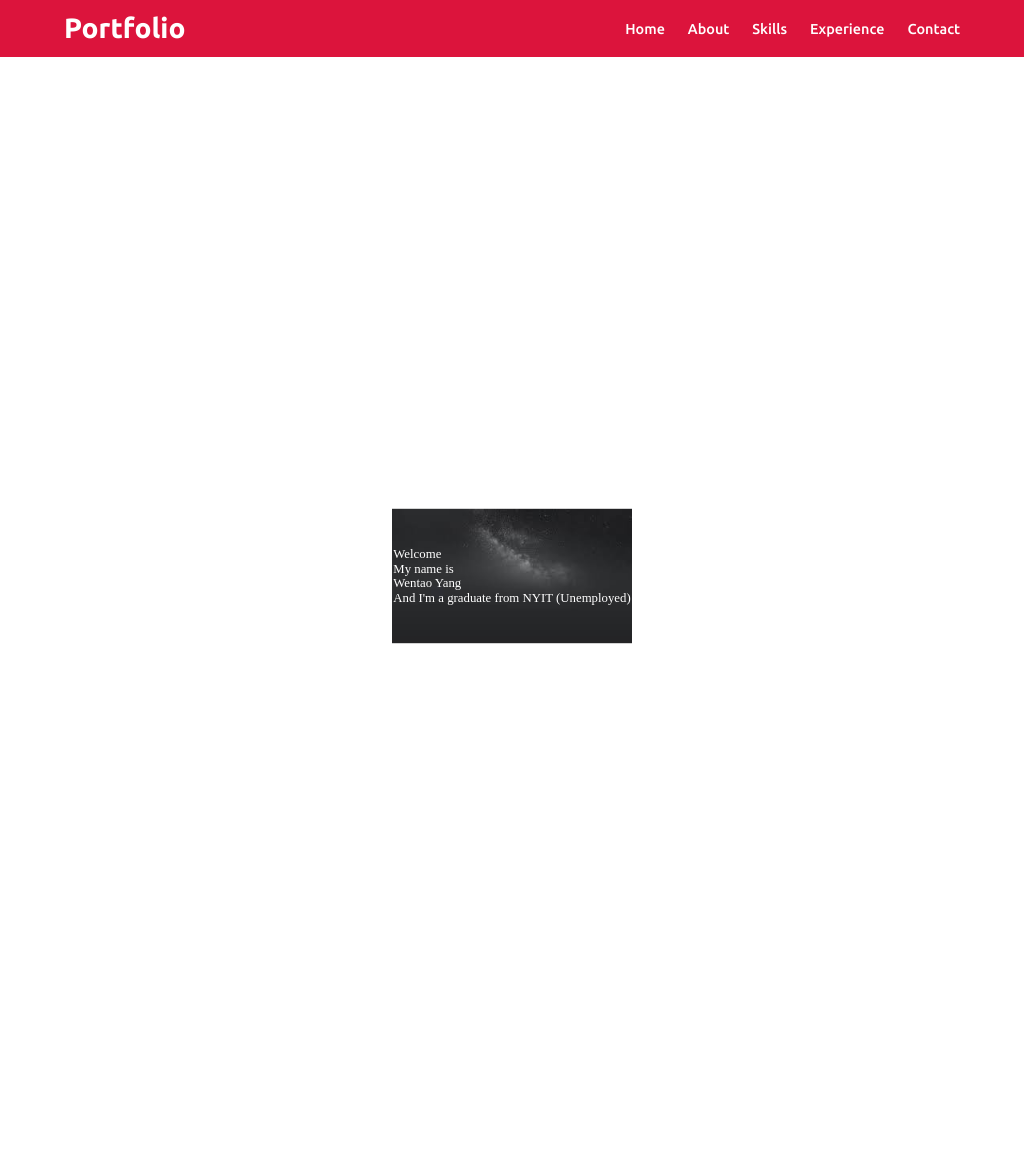
Repository: wyang08/wyang08.github.io
Page: index.html
The author's editor kept a copy of each file at every save. The page is drawn from the files as they stood at one save, then again after the next save.
The browser window is 1280 px wide. The pictures show the whole page, at 80% of full size.

Above is the page before, as saved 2021-07-02 14:54:37.

### index.html
<!DOCTYPE html>
<html lang="en">
<head>
    <meta charset="UTF-8">
    <meta name="viewport" content="width=divice-width, initial-scale=1.0">
    <title>Personal Porfolio Website</title>
    <link rel="stylesheet" href="style.css">
    <script src="https://kit.fontawesome.cm/a076d05399.js"></script>
</head>

<body>
    <nav class="navbar">
        <div class="max-width">

            <div class="logo"><a href="#">Portfo<span>lio</span></a></div>

            <ul class="menu">
                <li><a href="#">Home</a></li>
                <li><a href="#">About</a></li>
                <li><a href="#">Skills</a></li>
                <li><a href="#">Experience</a></li>
                <li><a href="#">Contact</a></li>
            </ul>

        </div>


    </nav>

    <!-- 内容 -->
    <section class="home" id="home">
        <div class="max-width">
            <div class="home-content">
                <div class="text-1">Welcome</div>
                <div class="text-2">My name is</div>
                <div class="text-3">Wentao Yang</div>
                <div class="text-4">And I'm a graduate from NYIT <span>(Unemployed)</span></div>
            </div>
        </div>
    </section>


</body>


</html>

### style.css
@import url('https://fonts.googleapis.com/css2?family=Poppins:wght@400;500;600;700&family=Ubuntu:wght@400;500;700&display=swap');

*{
    margin: 0;
    padding: 0;
    box-sizing: border-box;
    text-decoration: none;

}

/* navbar styling */
.navbar{
    position: fixed;
    width: 100%;
    padding: 15px 0;
    background: crimson;
    font-family: 'Ubuntu', sans-serif;
}


.navbar .menu li a{
    color: white;
    font-size: 18px;
    font-weight: 500;
    margin-left: 25px;
}

/* 标题大小 */
.navbar .logo a{
    color: white;
    font-size: 35px;
    font-weight: 600;
}

/* Subtitle display style */
.navbar .menu li{
    list-style-type: none;
    display: inline-block;
}

.navbar .max-width{
    display: flex;
    align-items: center;
    justify-content: space-between;
}

.max-width{
    max-width: 1300px;
    padding: 0 80px;
    margin: auto;
}

/* 内容 */
.home{
    display: flex;
    background: white;
    height: 200vh;
    background: url("images/black_content.jpg") no-repeat center;
    min-height: 500px;
    color: white;
}

After the next save:
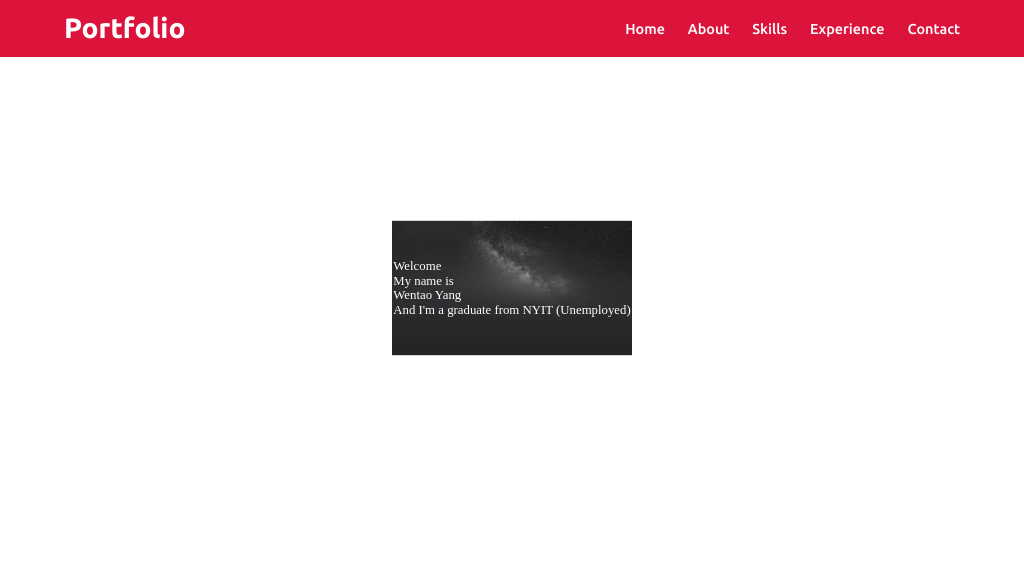
Saved 13 s later.
--- a/style.css
+++ b/style.css
@@ -54,7 +54,7 @@
 .home{
     display: flex;
     background: white;
-    height: 200vh;
+    height: 100vh;
     background: url("images/black_content.jpg") no-repeat center;
     min-height: 500px;
     color: white;
